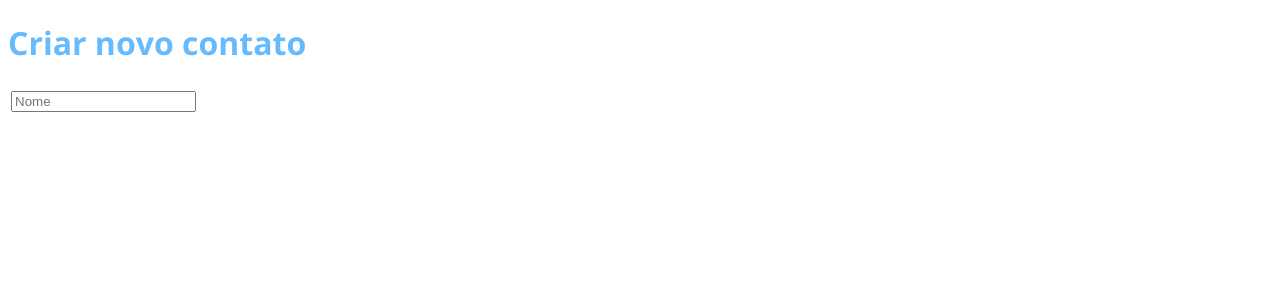
Repository: ricardoalves21/JavaWeb
Page: projeto_agenda/agenda/WebContent/novo.html
The author's editor kept a copy of each file at every save. The page is drawn from the files as they stood at one save, then again after the next save.
The browser window is 1280 px wide. The pictures show the whole page.

Above is the page before, as saved 2021-06-14 16:10:06.

### projeto_agenda/agenda/WebContent/novo.html
<!DOCTYPE html>
<html lang="pt-br">
<head>
<meta charset="utf-8">
<title>Agenda de Contatos</title>
<link rel="icon" href="imagens/Graphicloads-100-Flat-Phone.ico">
<link rel="stylesheet" href="style.css">
</head>
<body>
	<h1>Criar novo contato</h1>
	<form name="frmContato" action="">
		<table>
			<tr>
				<td><input type="text" name="nome" placeholder="Nome"></td>
			</tr>
			<tr>

			</tr>
			<tr>

			</tr>
		</table>
	</form>
</body>
</html>

### projeto_agenda/agenda/WebContent/style.css
@charset "utf-8";
@import url('https://fonts.googleapis.com/css2?family=Open+Sans:wght@400;700&display=swap');

body {
	font-family: 'Open Sans', sans-serif;
	font-size: 1em;
	font-weight: 400;
}

h1 {
	color: #66bbff;
}

.Botao1 {
	text-decoration: none;
	background-color: #66bbff;
	padding: 5px 10px 5px 10px;
	border-radius: 7px;
	color: #fff;
	font-size: 1.2em;
	font-weight: 700;
}

After the next save:
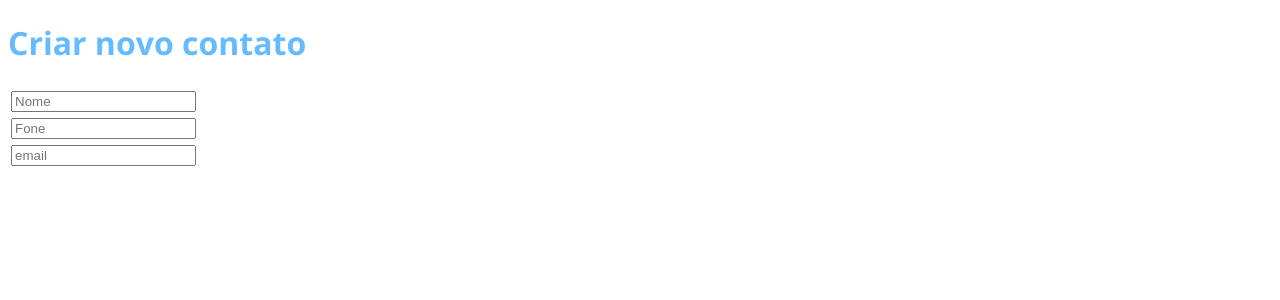
Saved 58 s later.
--- a/projeto_agenda/agenda/WebContent/novo.html
+++ b/projeto_agenda/agenda/WebContent/novo.html
@@ -14,10 +14,10 @@
 				<td><input type="text" name="nome" placeholder="Nome"></td>
 			</tr>
 			<tr>
-
+				<td><input type="text" name="fone" placeholder="Fone"></td>
 			</tr>
 			<tr>
-
+				<td><input type="text" name="email" placeholder="email"></td>
 			</tr>
 		</table>
 	</form>
